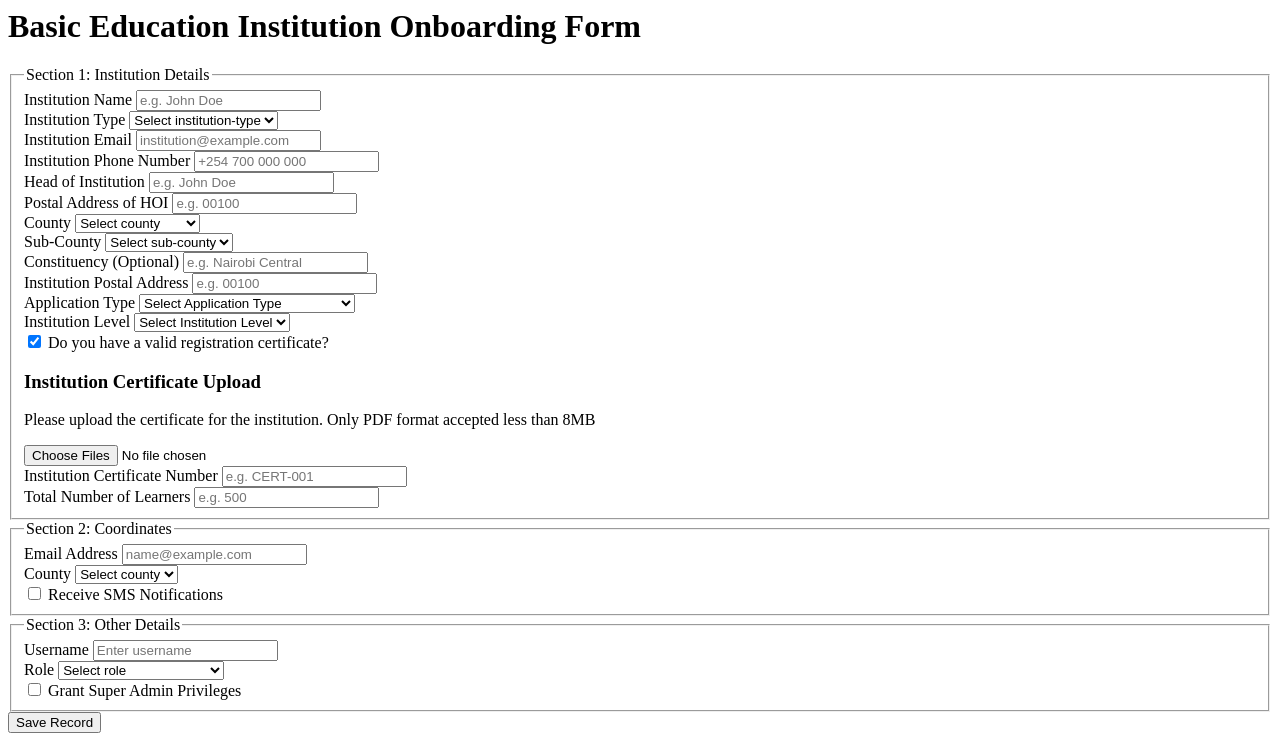
Repository: ndirituart/KEMIS
Page: angular-client/src/app/pages/basic-education/basic-education.html
These files come from the project's save history. The page is drawn as it stood at one moment and after the next save; the edit follows.
The browser window is 1280 px wide. The pictures show the whole page.

Above is the page before, as saved 2026-10-20 21:42:39.

### angular-client/src/app/pages/basic-education/basic-education.html
<div class="kemis-form-wrapper">
<form class="kemis-form" (ngSubmit)="onSubmit()" #myForm="ngForm">
<h1 class="text-center mb-4">Basic Education Institution Onboarding Form</h1>
  <!-- ========================================== -->
  <!-- Section 1: Institution Details                -->
  <!-- ========================================== -->
  <fieldset class="mb-4 p-3 border rounded">
    <legend class="float-none w-auto px-2 fs-5 fw-bold text-primary">Section 1: Institution Details</legend>

    <div class="row g-3">
      <!-- Institution Name -->
      <div class="col-md-6">
        <label for="fullName" class="form-label fw-semibold">Institution Name</label>
        <input type="text" class="form-control" id="fullName" name="fullName" placeholder="e.g. John Doe" required>
      </div>

      <!-- Type of School based on Gender -->
      <div class="col-md-6">
        <label for="institution-type" class="form-label fw-semibold">Institution Type</label>
        <select class="form-select" id="institution-type" name="institution-type" required>
          <option value="" disabled selected>Select institution-type</option>
          <option value="Boy's School">Boy's School</option>
          <option value="Girl's School">Girl's School</option>
          <option value="Mixed School">Mixed School</option>
        </select>
      </div>

      <!-- Institution Email -->
      <div class="col-md-6">
        <label for="emailId" class="form-label fw-semibold">Institution Email</label>
        <input type="email" class="form-control" id="emailId" name="emailId" placeholder="institution@example.com" required>
      </div>

      <!-- Institution Phone Number -->
      <div class="col-md-6">
        <label for="phoneNumber" class="form-label fw-semibold">Institution Phone Number</label>
        <input type="tel" class="form-control" id="phoneNumber" name="phoneNumber" placeholder="+254 700 000 000" required>
      </div>

      <!-- Head of Institution -->
      <div class="col-md-6">
        <label for="headOfInstitution" class="form-label fw-semibold">Head of Institution</label>
        <input type="text" class="form-control" id="headOfInstitution" name="headOfInstitution" placeholder="e.g. John Doe" required>
      </div>

      <!-- Postal Address of HOI -->
      <div class="col-md-6">
        <label for="postalAddressHoi" class="form-label fw-semibold">Postal Address of HOI</label>
        <input type="text" class="form-control" id="postalAddressHoi" name="postalAddressHoi" placeholder="e.g. 00100" required>
      </div>

      <!--County List-->
      <div class="col-md-6">
        <label for="county" class="form-label fw-semibold">County</label>
        <select class="form-select" id="county" name="county" required>
          <option value="" disabled selected>Select county</option>
      <option value="baringo">Baringo</option>
      <option value="bomet">Bomet</option>
      <option value="bungoma">Bungoma</option>
      <option value="busia">Busia</option>
      <option value="elgeyo marakwet">Elgeyo Marakwet</option>
      <option value="embu">Embu</option>
      <option value="garissa">Garissa</option>
      <option value="homa bay">Homa Bay</option>
      <option value="isiolo">Isiolo</option>
      <option value="kajiado">Kajiado</option>
      <option value="kakamega">Kakamega</option>
      <option value="kericho">Kericho</option>
      <option value="kiambu">Kiambu</option>
      <option value="kilifi">Kilifi</option>
      <option value="kirinyaga">Kirinyaga</option>
      <option value="kisii">Kisii</option>
      <option value="kisumu">Kisumu</option>
      <option value="kitui">Kitui</option>
      <option value="kwale">Kwale</option>
      <option value="laikipia">Laikipia</option>
      <option value="lamu">Lamu</option>
      <option value="machakos">Machakos</option>
      <option value="makueni">Makueni</option>
      <option value="mandera">Mandera</option>
      <option value="meru">Meru</option>
      <option value="migori">Migori</option>
      <option value="marsabit">Marsabit</option>
      <option value="mombasa">Mombasa</option>
      <option value="muranga">Muranga</option>
      <option value="nairobi">Nairobi</option>
      <option value="nakuru">Nakuru</option>
      <option value="nandi">Nandi</option>
      <option value="narok">Narok</option>
      <option value="nyamira">Nyamira</option>
      <option value="nyandarua">Nyandarua</option>
      <option value="nyeri">Nyeri</option>
      <option value="samburu">Samburu</option>
      <option value="siaya">Siaya</option>
      <option value="taita taveta">Taita Taveta</option>
      <option value="tana river">Tana River</option>
      <option value="tharaka nithi">Tharaka Nithi</option>
      <option value="trans nzoia">Trans Nzoia</option>
      <option value="turkana">Turkana</option>
      <option value="uasin gishu">Uasin Gishu</option>
      <option value="vihiga">Vihiga</option>
      <option value="wajir">Wajir</option>
      <option value="pokot">West Pokot</option>
  </select>
      </div>

      <!--TO-DO: Nestsed array for Sub-County List dependent on county chosen-->
      <div class="col-md-6">
        <label for="subCounty" class="form-label fw-semibold">Sub-County</label>
        <select class="form-select" id="subCounty" name="subCounty" required>
          <option value="" disabled selected>Select sub-county</option>
        </select>
      </div>

      <!--Constituency Name OPTIONAL-->
      <div class="col-md-6">
        <label for="constituency" class="form-label fw-semibold">Constituency (Optional)</label>
        <input type="text" class="form-control" id="constituency" name="constituency" placeholder="e.g. Nairobi Central">
      </div>

      <!--Institution Postal Address-->
      <div class="col-md-6">
        <label for="postalAddressInstitution" class="form-label fw-semibold">Institution Postal Address</label>
        <input type="text" class="form-control" id="postalAddressInstitution" name="postalAddressInstitution" placeholder="e.g. 00100" required>
      </div>

       <!-- Application Type -->
      <div class="col-md-6">
        <label for="application-type" class="form-label fw-semibold">Application Type</label>
        <select class="form-select" id="application-type" name="application-type" required>
          <option value="" disabled selected>Select Application Type</option>
          <option value="Regular School">Regular School</option>
          <option value="Regular School with Special Unit">Regular School with Special Unit</option>
          <option value="Special School">Special School</option>
        </select>
      </div>

       <!-- Institution Level -->
      <div class="col-md-6">
        <label for="institution-level" class="form-label fw-semibold">Institution Level</label>
        <select class="form-select" id="institution-level" name="institution-level" required>
          <option value="" disabled selected>Select Institution Level</option>
          <option value="Pre-Primary">Pre-Primary</option>
          <option value="Primary">Primary</option>
          <option value="Secondary">Secondary</option>
          <option value="High School">High School</option>
        </select>
      </div>

      <!-- Boolean Toggle (Switch) -->
      <div class="col-12 mt-3">
        <div class="form-check form-switch">
          <input class="form-check-input" type="checkbox" role="switch" id="isActive" name="isActive" checked>
          <label class="form-check-label fw-semibold" for="isActive">Do you have a valid registration certificate?</label>
        </div>
      </div>

      <!--Certificate Upload-->
      <div class="upload">
        <h3>Institution Certificate Upload</h3>
        <p class="upload__description">Please upload the certificate for the institution. Only PDF format accepted less than 8MB </p>
        <input class="upload__input" id="certificate_pdf" type="file" multiple />
        <div class="upload__files">
        </div>
      </div>

      <!--Institution Certificate Number-->
      <div class="col-md-6">
        <label for="certificateNumber" class="form-label fw-semibold">Institution Certificate Number</label>
        <input type="text" class="form-control" id="certificateNumber" name="certificateNumber" placeholder="e.g. CERT-001" required>
      </div>

      <!--Total Number of Learners-->
      <div class="col-md-6">
        <label for="totalLearners" class="form-label fw-semibold">Total Number of Learners</label>
        <input type="number" class="form-control" id="totalLearners" name="totalLearners" placeholder="e.g. 500" required>
      </div>

    </div>
  </fieldset>

  <!-- ========================================== -->
  <!-- SECTION 2: Coordinates            -->
  <!-- ========================================== -->
  <fieldset class="mb-4 p-3 border rounded">
    <legend class="float-none w-auto px-2 fs-5 fw-bold text-primary">Section 2: Coordinates</legend>

    <div class="row g-3">
      <!-- Text Input -->
      <div class="col-md-6">
        <label for="emailId" class="form-label fw-semibold">Email Address</label>
        <input type="emailId" class="form-control" id="emailId" name="emailId" placeholder="name@example.com" required>
      </div>

      <!-- Dropdown -->
      <div class="col-md-6">
        <label for="county" class="form-label fw-semibold">County</label>
        <select class="form-select" id="county" name="county" required>
          <option value="" disabled selected>Select county</option>
          <option value="Nairobi">Nairobi</option>
          <option value="Mombasa">Mombasa</option>
          <option value="Kisumu">Kisumu</option>
        </select>
      </div>

      <!-- Boolean Toggle -->
      <div class="col-12 mt-3">
        <div class="form-check form-switch">
          <input class="form-check-input" type="checkbox" role="switch" id="receiveSms" name="receiveSms">
          <label class="form-check-label fw-semibold" for="receiveSms">Receive SMS Notifications</label>
        </div>
      </div>
    </div>
  </fieldset>

  <!-- ========================================== -->
  <!-- SECTION 3: Other Details                -->
  <!-- ========================================== -->
  <fieldset class="mb-4 p-3 border rounded">
    <legend class="float-none w-auto px-2 fs-5 fw-bold text-primary">Section 3: Other Details</legend>

    <div class="row g-3">
      <!-- Text Input -->
      <div class="col-md-6">
        <label for="username" class="form-label fw-semibold">Username</label>
        <input type="text" class="form-control" id="username" name="username" placeholder="Enter username" required>
      </div>

      <!-- Dropdown -->
      <div class="col-md-6">
        <label for="role" class="form-label fw-semibold">Role</label>
        <select class="form-select" id="role" name="role" required>
          <option value="" disabled selected>Select role</option>
          <option value="Admin">Admin</option>
          <option value="IT Officer">IT Officer</option>
          <option value="Head of Institution (HOI)">Head of Institution (HOI)</option>
        </select>
      </div>

      <!-- Boolean Toggle -->
      <div class="col-12 mt-3">
        <div class="form-check form-switch">
          <input class="form-check-input" type="checkbox" role="switch" id="isSuperAdmin" name="isSuperAdmin">
          <label class="form-check-label fw-semibold" for="isSuperAdmin">Grant Super Admin Privileges</label>
        </div>
      </div>
    </div>
  </fieldset>

  <!-- Submit Button -->
  <div class="d-grid gap-2 mt-4">
    <button type="submit" class="btn btn-primary btn-lg">Save Record</button>
  </div>

</form>
</div>

After the next save:
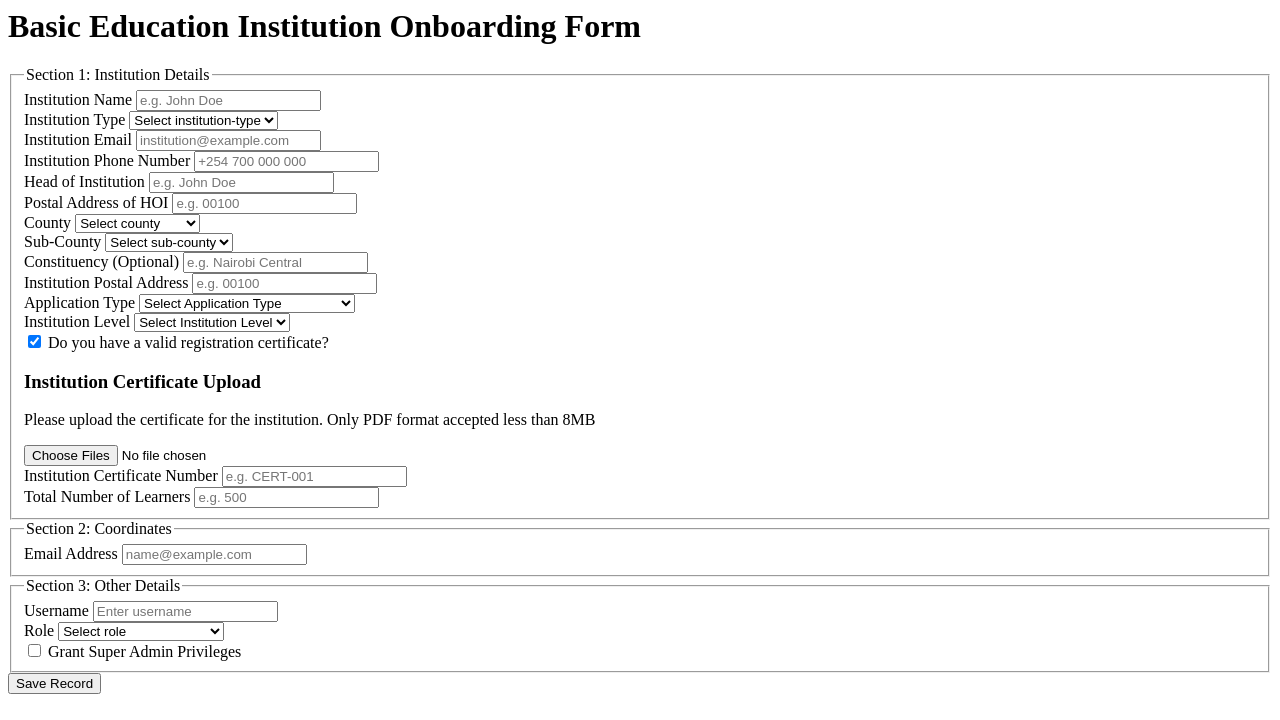
Saved 30 s later.
--- a/angular-client/src/app/pages/basic-education/basic-education.html
+++ b/angular-client/src/app/pages/basic-education/basic-education.html
@@ -192,24 +192,7 @@
         <input type="emailId" class="form-control" id="emailId" name="emailId" placeholder="name@example.com" required>
       </div>
 
-      <!-- Dropdown -->
-      <div class="col-md-6">
-        <label for="county" class="form-label fw-semibold">County</label>
-        <select class="form-select" id="county" name="county" required>
-          <option value="" disabled selected>Select county</option>
-          <option value="Nairobi">Nairobi</option>
-          <option value="Mombasa">Mombasa</option>
-          <option value="Kisumu">Kisumu</option>
-        </select>
-      </div>
-
-      <!-- Boolean Toggle -->
-      <div class="col-12 mt-3">
-        <div class="form-check form-switch">
-          <input class="form-check-input" type="checkbox" role="switch" id="receiveSms" name="receiveSms">
-          <label class="form-check-label fw-semibold" for="receiveSms">Receive SMS Notifications</label>
-        </div>
-      </div>
+
     </div>
   </fieldset>
 
